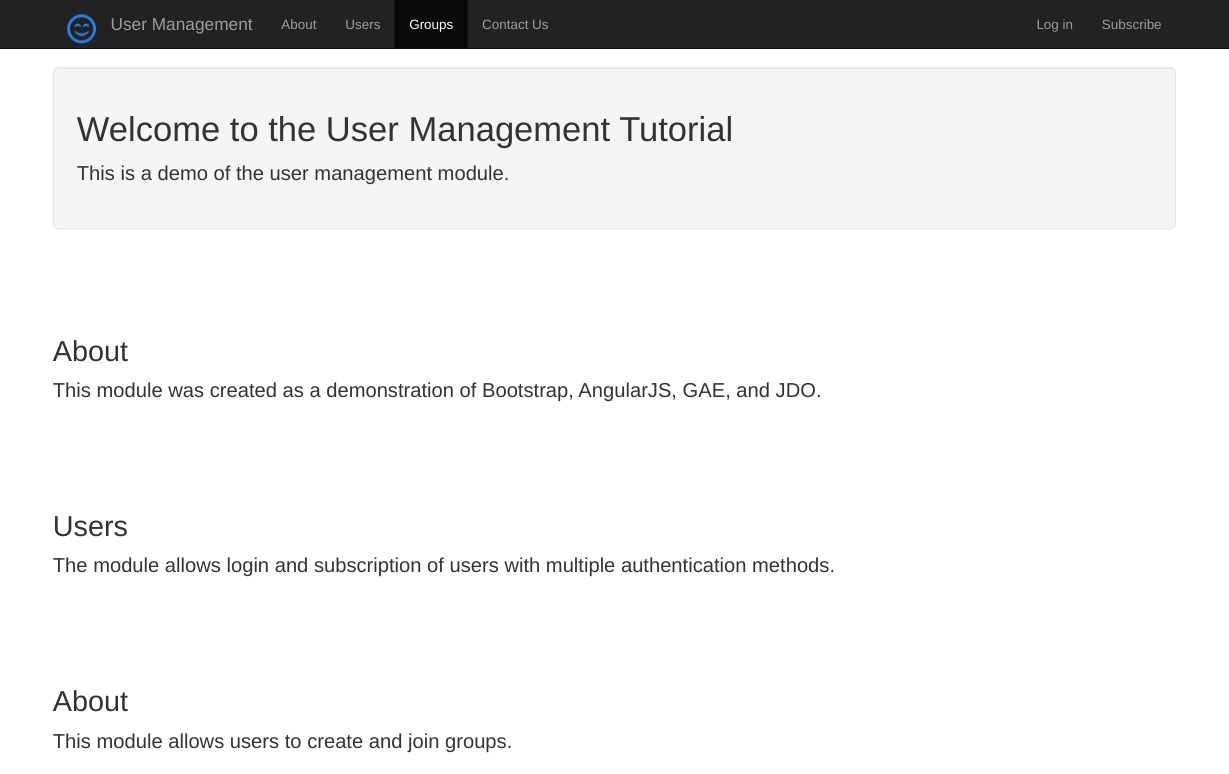
Repository: screenhunter/UMT
Page: UserManagement/war/guest/guest.html
An editor plug-in stored every save of this project. The page is shown before and after the next save, followed by the edit.
The browser window is 1280 px wide. The pictures show the whole page, at 96% of full size.

Above is the page before, as saved 2015-07-29 17:35:17.

After the next save:
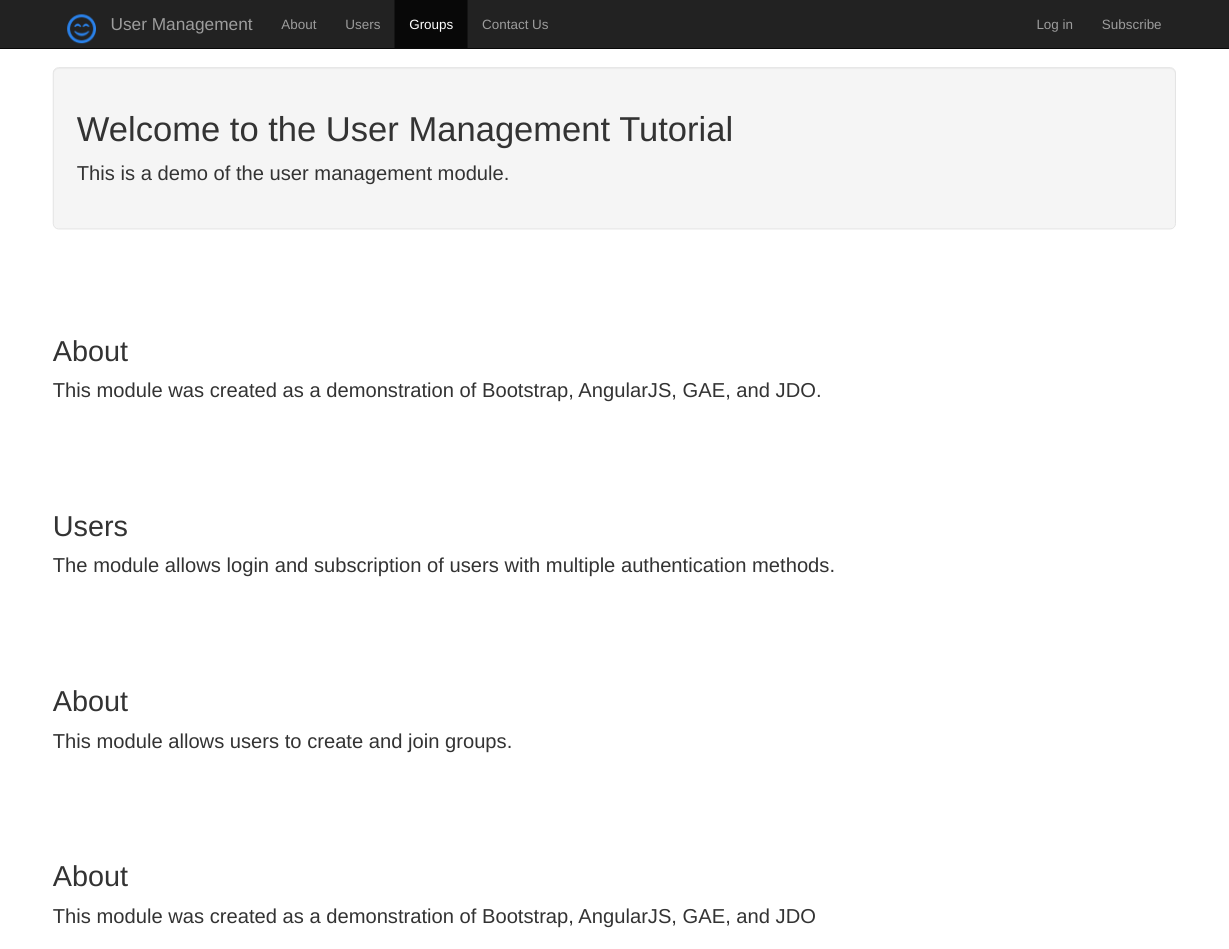
Saved 12 s later.
--- a/UserManagement/war/guest/guest.html
+++ b/UserManagement/war/guest/guest.html
@@ -97,6 +97,10 @@
 				<h2>About</h2>
 				<p class="lead">This module allows users to create and join groups.</p>
 			</div>
+			<div class="row menu-link" id="Contact">
+				<h2>About</h2>
+				<p class="lead">This module was created as a demonstration of Bootstrap, AngularJS, GAE, and JDO</p>
+			</div>
 		</div>
 	</div>
 
